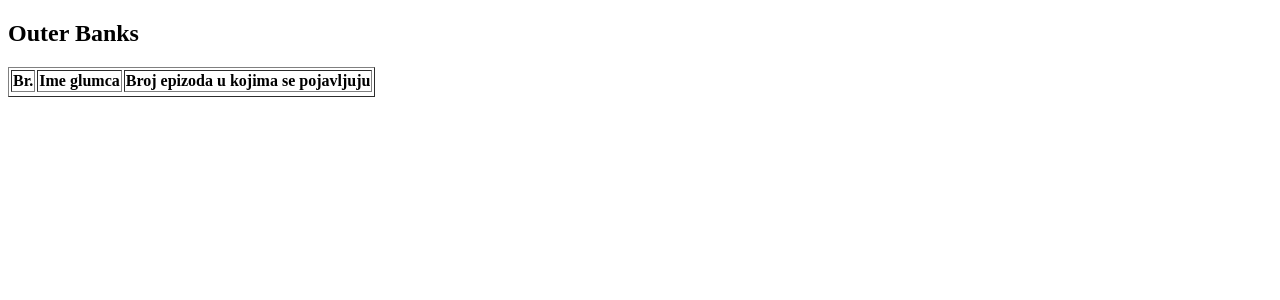
Repository: larabiondic/wp_biondic_lara
Page: Domace zadace/Zadaća.2.html
These files come from the project's save history. The page is drawn as it stood at one moment and after the next save; the edit follows.
The browser window is 1280 px wide. The pictures show the whole page.

Above is the page before, as saved 2025-11-03 19:59:13.

### Domace zadace/Zadaća.2.html
<!DOCTYPE html>
<html lang="en">
<head>
    <meta name="viewport" content="width=device-width, initial-scale=1.0">
    <meta name="description" content="Zadaća 2.">
    <meta name="keywords" content="HTML, CSS, JavaScript">
    <meta name="author" content="Lara Biondić">
    <title>Zadaća 2.</title>
</head>
<body>
    <h2>Outer Banks</h2>
    <table border="1">
        <tr>
            <th>Br.</th>
            <th colspan="2">Ime glumca</th>
            <th>Broj epizoda u kojima se pojavljuju</th>
        </tr>
        <tr>

        </tr>

    </table>
</body>
</html>

After the next save:
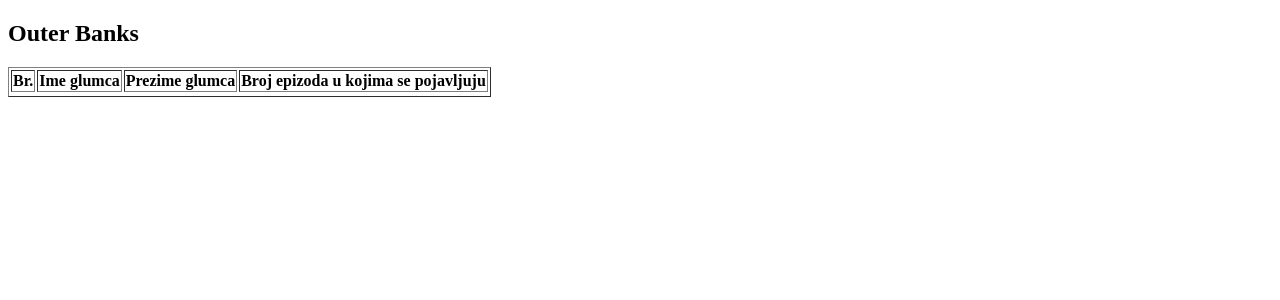
Saved 12 s later.
--- a/Domace zadace/Zadaća.2.html
+++ b/Domace zadace/Zadaća.2.html
@@ -13,6 +13,7 @@
         <tr>
             <th>Br.</th>
             <th colspan="2">Ime glumca</th>
+            <th>Prezime glumca</th>
             <th>Broj epizoda u kojima se pojavljuju</th>
         </tr>
         <tr>
